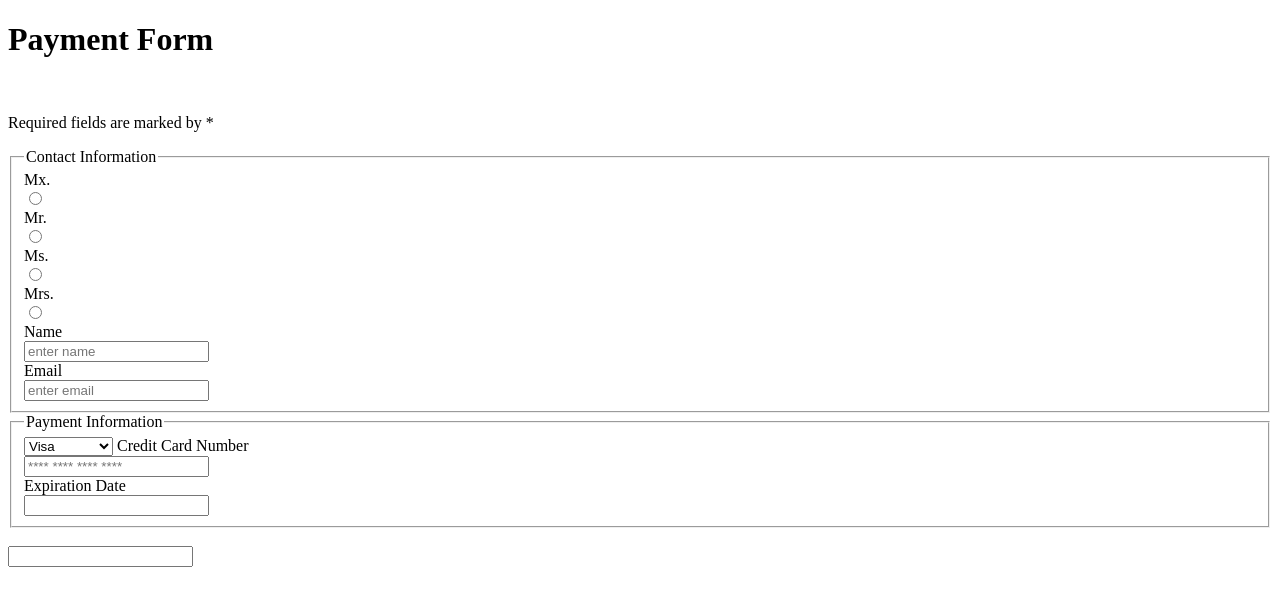
Repository: 10-2-pursuit/lab-intro-to-forms
Page: index.html
The author's editor kept a copy of each file at every save. The page is drawn from the files as they stood at one save, then again after a run of saves.
The browser window is 1280 px wide. The pictures show the whole page.

Above is the page before, as saved 2023-06-13 21:56:05.

After the next 2 saves:
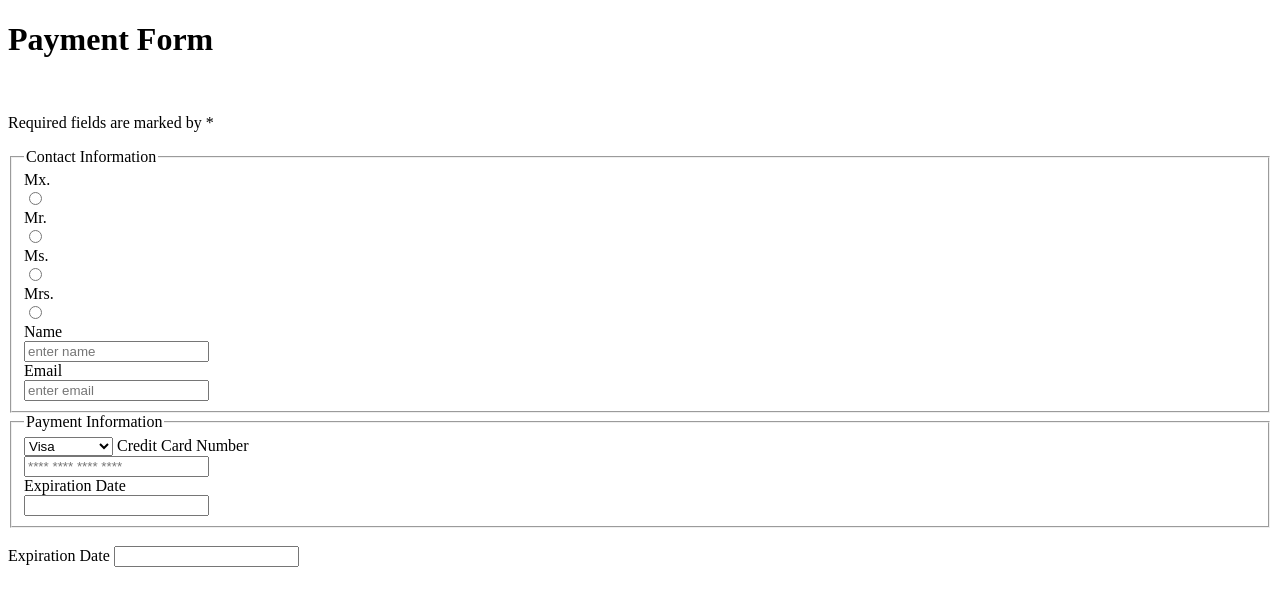
The 2 saves are shown as one change because they came seconds apart.
The last was saved 73 s later.
--- a/index.html
+++ b/index.html
@@ -52,6 +52,7 @@
             <input type="text" id="expiration-date">
         </fieldset>
             <br>
+            <label for="expiration-date">Expiration Date</label>
         <input type="Submit Payment">
 
 
